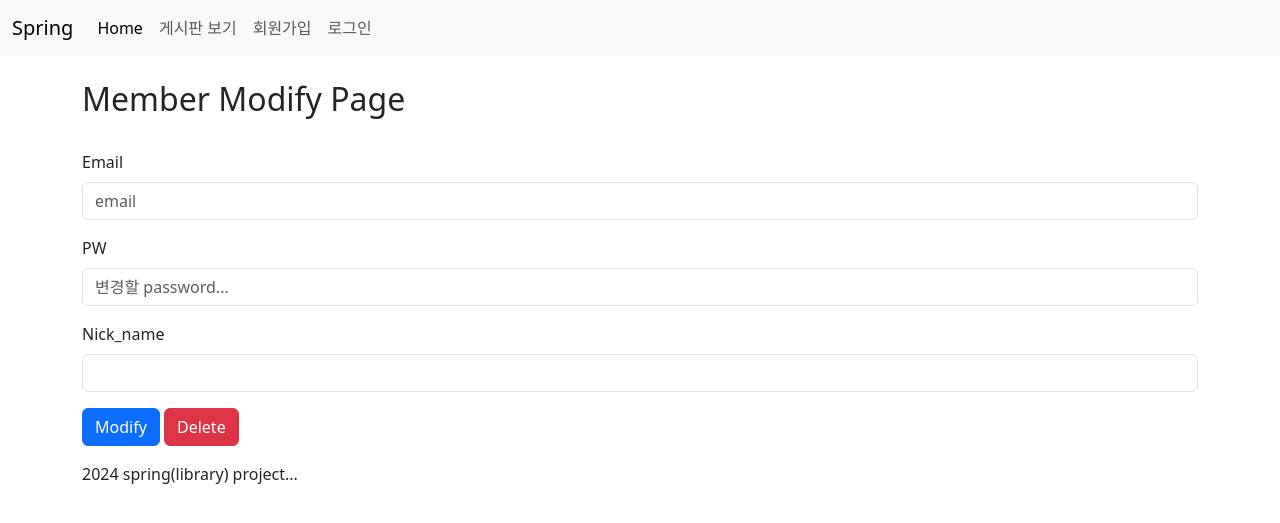
Repository: budflower44/Spring
Page: http://localhost/spring_test2/WEB-INF/views/member/register.jsp
These files come from the project's save history. The page is drawn as it stood at one moment and after the next save; the edit follows.
The browser window is 1280 px wide. The pictures show the whole page.
The page is served by Tomcat 9. Nobody is signed in. The template is opened directly, without the code that normally fills it, so the values that code supplies are empty.

Above is the page before, as saved 2024-01-16 00:25:11.
Console error: TypeError: Cannot read properties of null (reading 'addEventListener')

After the next save:
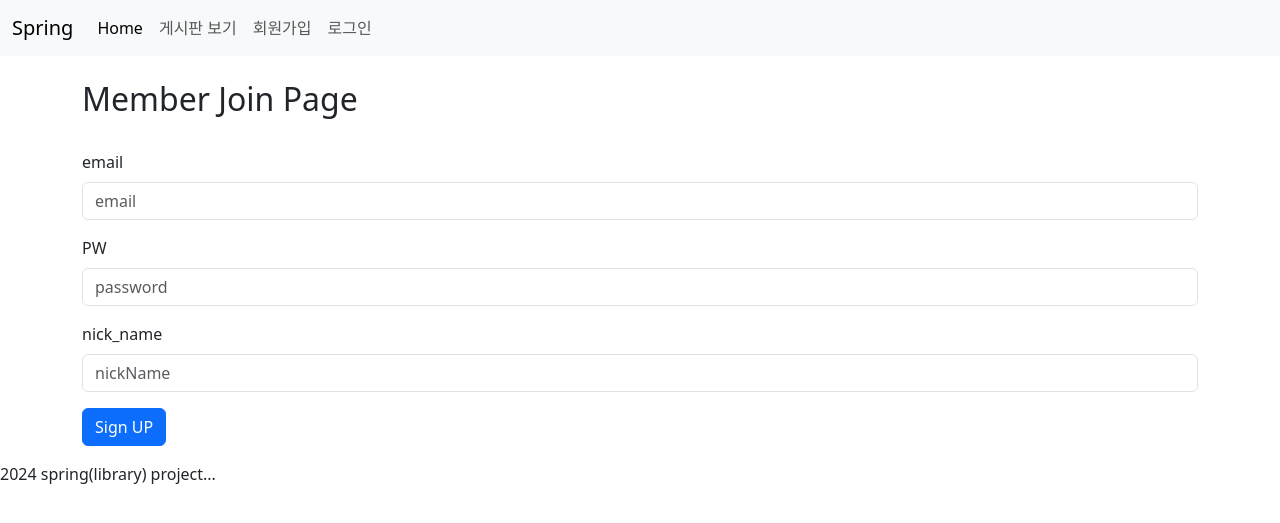
Saved 79 s later.
--- a/spring_test2/src/main/webapp/WEB-INF/views/member/register.jsp
+++ b/spring_test2/src/main/webapp/WEB-INF/views/member/register.jsp
@@ -7,27 +7,23 @@
 
 <div class="container-md">
 	<br>
-	<h2>Member Modify Page</h2>
+	<h2>Member Join Page</h2>
 	<br>
-
-	<form action="/member/modify" method="post">
+	<form action="/member/register" method="post">
 		<div class="mb-3">
-			<label for="email" class="form-label">Email</label>
-			<input type="text" name="email" class="form-control" id="email" placeholder="email" readonly="readonly" value="">
+			<label for="email" class="form-label">email</label> <input type="text"
+				name="email" class="form-control" id="email" placeholder="email">
 		</div>
 		<div class="mb-3">
-			<label for="pwd" class="form-label">PW</label>
-			<input type="password" name="pwd" class="form-control" id="pwd" placeholder="변경할 password..." value="">
+			<label for="pwd" class="form-label">PW</label> <input type="password"
+				name="pwd" class="form-control" id="pwd" placeholder="password">
 		</div>
 		<div class="mb-3">
-			<label for="nickName" class="form-label">Nick_name</label>
-			<input type="text" name="nickName" class="form-control" id="nickName" value="">
+			<label for="nickName" class="form-label">nick_name</label> <input type="text"
+				name="nickName" class="form-control" id="nickName" placeholder="nickName">
 		</div>
-		<!-- 해당 멤버의 권한을 출력 (2개일수도 있음.) -->
-
-		<button type="submit" class="btn btn-primary">Modify</button>
-		<a href="/member/delete"><button type="button" class="btn btn-danger">Delete</button></a>
+		<button type="submit" class="btn btn-primary">Sign UP</button>
 	</form>
-
+</div>
 
 <jsp:include page="../layout/footer.jsp"></jsp:include>
